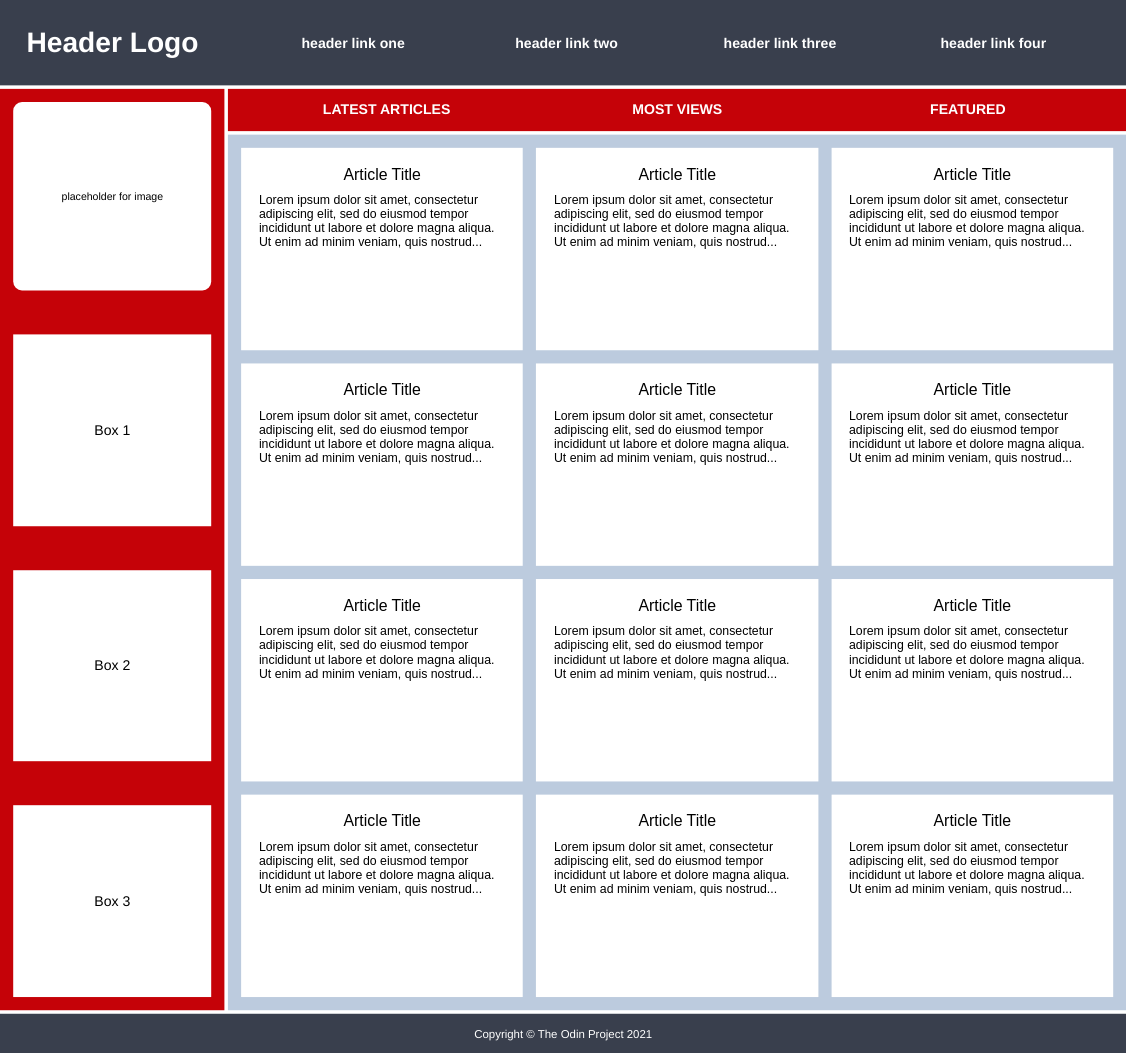
Repository: gkintu/css-exercises
Page: intermediate-html-css/advanced-grid/02-holy-grail-mockup/index.html
The author's editor kept a copy of each file at every save. The page is drawn from the files as they stood at one save, then again after the next save.
The browser window is 1280 px wide. The pictures show the whole page, at 88% of full size.

Above is the page before, as saved 2025-03-04 11:27:40.

After the next save:
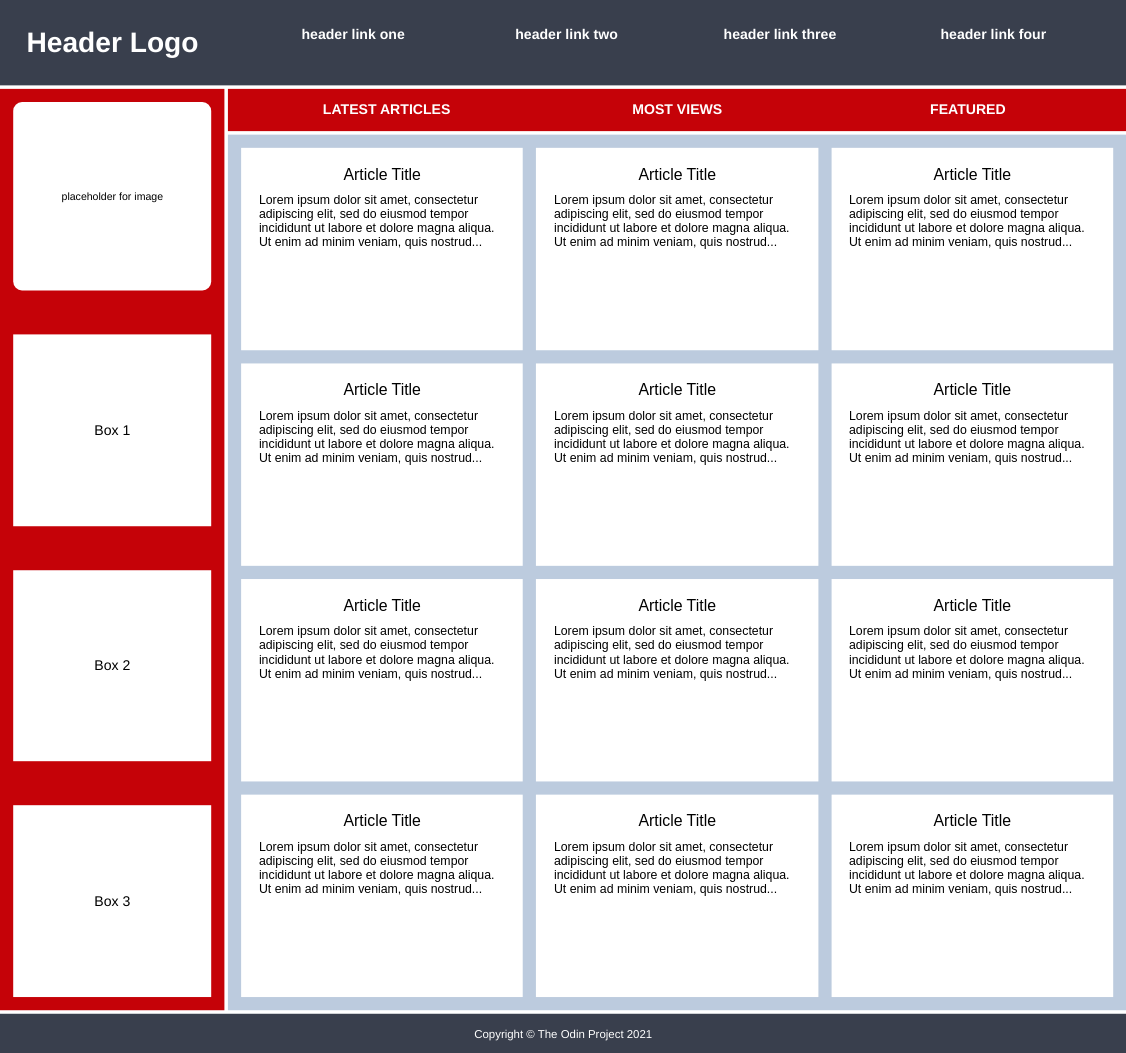
Saved 6 s later.
--- a/intermediate-html-css/advanced-grid/02-holy-grail-mockup/style.css
+++ b/intermediate-html-css/advanced-grid/02-holy-grail-mockup/style.css
@@ -34,7 +34,7 @@
 
 .menu {
   grid-column: 2 / 3;
-  align-self: center;
+  align-self: start;
 }
 
 .menu ul {
